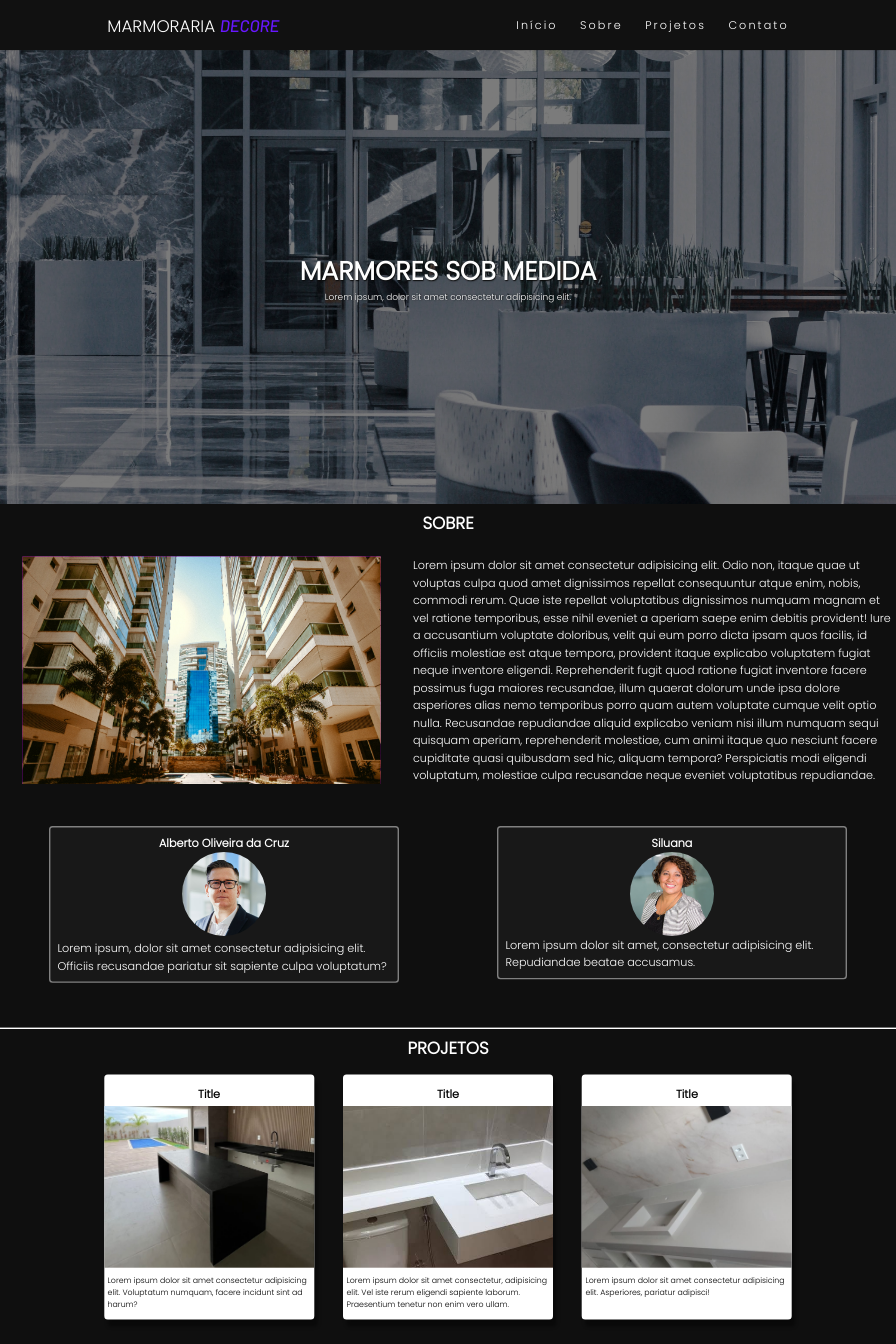
Repository: XFERRER7/projeto-xt7
Page: projetoMarmoraria/index.html
The author's editor kept a copy of each file at every save. The page is drawn from the files as they stood at one save, then again after the next save.
The browser window is 1280 px wide. The pictures show the part of the page from y = 0 to 1920 px (the page is 3024 px tall), at 70% of full size.
Some web libraries are served in a nearby version.

Above is the page before, as saved 2022-05-10 15:58:00.

### projetoMarmoraria/index.html
<!DOCTYPE html>
<html lang="pt-br">

<head>
  <meta charset="UTF-8">
  <meta http-equiv="X-UA-Compatible" content="IE=edge">
  <meta name="viewport" content="width=device-width, initial-scale=1.0">
  <title>Marmoraria Decore</title>
  <link rel="stylesheet" href="css/style.css">
  <link rel="stylesheet" href="https://cdnjs.cloudflare.com/ajax/libs/font-awesome/6.1.1/css/all.min.css"
    integrity="sha512-KfkfwYDsLkIlwQp6LFnl8zNdLGxu9YAA1QvwINks4PhcElQSvqcyVLLD9aMhXd13uQjoXtEKNosOWaZqXgel0g=="
    crossorigin="anonymous" referrerpolicy="no-referrer" />
  <link rel="stylesheet" href="https://cdnjs.cloudflare.com/ajax/libs/font-awesome/6.1.1/css/solid.min.css"
    integrity="sha512-qzgHTQ60z8RJitD5a28/c47in6WlHGuyRvMusdnuWWBB6fZ0DWG/KyfchGSBlLVeqAz+1LzNq+gGZkCSHnSd3g=="
    crossorigin="anonymous" referrerpolicy="no-referrer" />
  <link rel="stylesheet" href="https://cdnjs.cloudflare.com/ajax/libs/font-awesome/4.7.0/css/font-awesome.min.css" />

</head>

<body>

  <!-- ----------------------------------------------------------------------------------------------------------------- -->


  <!-- HEADER -->
  <header>
    <nav>
      <a class="logo" href="#">MARMORARIA <span id="decore">DECORE</span></a>
      <div class="mobile-menu">
        <div class="line1"></div>
        <div class="line2"></div>
        <div class="line3"></div>
      </div>
      <ul class="nav-list">
        <li><a href="#">Início</a></li>
        <li><a href="#">Sobre</a></li>
        <li><a href="#section-a">Projetos</a></li>
        <li><a href="#">Contato</a></li>
      </ul>
    </nav>
    <div class="hero-section">
      <div class="hero-section-text">
        <h1 id="titulo-header">MARMORES SOB MEDIDA</h1>
        <p id="paragrafo-header">Lorem ipsum, dolor sit amet consectetur adipisicing elit.</p>
      </div>
    </div>
  </header>
  <!-- FIM DO HEADER -->


  <!-- ----------------------------------------------------------------------------------------------------------------- -->


  <!-- MAIN -->
  <main>

    <!-- SECTION B -->
    <section class="section-b">
      <h1 id="section-b-h1">SOBRE</h1>


      <!-- SOBRE PARA CELULAR -->
      <div class="cel">
        <div class="card" id="card-1"></div>
        <p class="text-sobre">Lorem ipsum dolor sit amet consectetur adipisicing elit. Aspernatur maxime illo architecto
          repellendus. Voluptatum ab magnam nihil suscipit, error quod iste dicta, quisquam fugiat, veritatis veniam
          aspernatur modi! Commodi aut officia optio reprehenderit hic sunt aspernatur ipsam minus, dicta qui omnis,
          ratione voluptatem quas sint labore. Temporibus id distinctio asperiores natus omnis earum amet. Obcaecati
          atque, a placeat necessitatibus dolorum labore rerum veritatis adipisci unde itaque iusto, voluptate quis
          tenetur voluptatibus doloremque at voluptates commodi! Ex recusandae repellat iste modi sapiente? Minus, ullam
          ad quia pariatur delectus quaerat velit sit labore aspernatur consequuntur possimus ipsum ipsam, vero ea
          expedita in sequi? Consequuntur iusto repellendus minus hic velit eum, veritatis molestias, sequi, laborum
          nisi consequatur. Dolore, amet placeat. Molestias molestiae aperiam soluta voluptatum odit voluptatem atque,
          repellendus asperiores maiores libero. Nulla odio alias reiciendis dolore cum deleniti beatae autem molestias
          earum minima accusamus nesciunt nostrum quos fugiat cupiditate molestiae, veniam doloremque.</p>
      </div>


      <!-- SOBRE PARA TELAS MAIORES -->
      <div class="imgtext">
        <div id="imgtext-img">
          <div id="content-imgtext-img"></div>
        </div>
        <div id="imgtext-text">
          <div id="content-imgtext-text">
            <p id="content-imgtext-text-p">Lorem ipsum dolor sit amet consectetur adipisicing elit. Odio non, itaque
              quae ut voluptas culpa quod amet dignissimos repellat consequuntur atque enim, nobis, commodi rerum. Quae
              iste repellat voluptatibus dignissimos numquam magnam et vel ratione temporibus, esse nihil eveniet a
              aperiam saepe enim debitis provident! Iure a accusantium voluptate doloribus, velit qui eum porro dicta
              ipsam quos facilis, id officiis molestiae est atque tempora, provident itaque explicabo voluptatem fugiat
              neque inventore eligendi. Reprehenderit fugit quod ratione fugiat inventore facere possimus fuga maiores
              recusandae, illum quaerat dolorum unde ipsa dolore asperiores alias nemo temporibus porro quam autem
              voluptate cumque velit optio nulla. Recusandae repudiandae aliquid explicabo veniam nisi illum numquam
              sequi quisquam aperiam, reprehenderit molestiae, cum animi itaque quo nesciunt facere cupiditate quasi
              quibusdam sed hic, aliquam tempora? Perspiciatis modi eligendi voluptatum, molestiae culpa recusandae
              neque eveniet voluptatibus repudiandae.</p>
          </div>
        </div>

      </div>

      <div class="container-about-person">

        <div class="about-person">
          <h4>Alberto Oliveira da Cruz</h4>
          <div class="img-person" id="person-1"></div>
          <p class="p-about-person">Lorem ipsum, dolor sit amet consectetur adipisicing elit. Officiis recusandae
            pariatur sit sapiente culpa voluptatum?</p>
        </div>

        <div class="about-person">
          <h4>Siluana</h4>
          <div class="img-person" id="person-2"></div>
          <p>Lorem ipsum dolor sit amet, consectetur adipisicing elit. Repudiandae beatae accusamus.</p>
        </div>

      </div>
    </section>


    <div class="divisa"></div>


    <!-- SECTION A -->
    <section id="section-a" class="section-a">
      <h1 id="section-a-h1">PROJETOS</h1>

      <!-- Container dos cards -->
      <div class="container-cards-main">

        <!-- Card 1 -->
        <div class="card-main">
          <h4 class="title-card">Title</h4>
          <div id="card-img-1"></div>
          <p class="descricao-card">Lorem ipsum dolor sit amet consectetur adipisicing elit. Voluptatum numquam, facere
            incidunt sint ad harum?</p>
        </div>

        <!-- Card 2 -->
        <div class="card-main">
          <h4 class="title-card">Title</h4>
          <div id="card-img-2"></div>
          <p class="descricao-card">Lorem ipsum dolor sit amet consectetur, adipisicing elit. Vel iste rerum eligendi
            sapiente laborum. Praesentium tenetur non enim vero ullam.</p>
        </div>

        <!-- Card 3 -->
        <div class="card-main">
          <h4 class="title-card">Title</h4>
          <div id="card-img-3"></div>
          <p class="descricao-card">Lorem ipsum dolor sit amet consectetur adipisicing elit. Asperiores, pariatur
            adipisci!</p>
        </div>

        <!-- Card 4 -->
        <div class="card-main">
          <h4 class="title-card">Title</h4>
          <div id="card-img-4"></div>
          <p class="descricao-card">Lorem ipsum, dolor sit amet consectetur adipisicing elit. Iste, voluptas.</p>
        </div>

        <!-- Card 5 -->
        <div class="card-main">
          <h4 class="title-card">Title</h4>
          <div id="card-img-5"></div>
          <p class="descricao-card">Lorem ipsum dolor sit amet consectetur adipisicing elit. Assumenda labore illo
            inventore tenetur quo dolores nostrum rem veritatis voluptatibus impedit!</p>
        </div>

        <!-- Card 6 -->
        <div class="card-main">
          <h4 class="title-card">Title</h4>
          <div id="card-img-6"></div>
          <p class="descricao-card">Lorem ipsum dolor sit amet consectetur adipisicing elit. Vitae facere culpa illum
            eaque nulla. Odio?</p>
        </div>
      </div>
    </section>



    <div class="divisa"></div>


    <!-- SECTION C -->
    <section class="section-c">
      <h1 id="section-c-h1">CONTATO</h1>
      <div id="main-div-img">
        <a href="#"><i class="fa-brands fa-whatsapp"></i></a>
        <a href="#"><i class="fa-brands fa-facebook"></i></a>
        <a href="#"><i class="fa-brands fa-instagram"></i></a>
      </div>
    </section>

  </main>
  <!-- FIM DO MAIN -->

  <!-- ----------------------------------------------------------------------------------------------------------------- -->

  <footer>
    <div class="container-footer">

      <div class="footer-up">
        <div class="footer-a block-footer-up">
          <div id="img-footer"></div>
        </div>
        <div class="footer-b block-footer-up">
          <h4>Localização:</h4>
          <p class="footer-b-p">Luis Eduardo Magalhães</p>
          <p class="footer-b-p">Cidade universitária</p>
          <p class="footer-b-p">Avenida salvador</p>
          <p class="footer-b-p">Quadra 14</p>
          <p class="footer-b-p">Número 2458</p>
          <p class="footer-b-p">Lote 1</p>
        </div>
        <div class="footer-c block-footer-up">
          <ul class="footer-c-list">
            <li><a href="#" class="medias"><i class="fa fa-facebook"></i></a></li>
            <li><a href="#" class="medias"><i class="fa fa-linkedin-square"></i></a></li>
            <li><a href="#" class="medias"><i class="fa fa-google-plus"></i></a></li>
            <li><a href="#" class="medias"><i class="fa fa-instagram"></i></a></li>
          </ul>
        </div>
      </div>

      <div id="footer-sub">
        <p>Copyright &copy; Desenvolvido por <span>Alexandre Talles</span></p>
      </div>






    </div>
  </footer>
  <script src="js/menu-bar.js"></script>
  <script src="js/changeText.js"></script>

</body>

</html>

### projetoMarmoraria/css/style.css
@import url('https://fonts.googleapis.com/css2?family=Poppins:ital,wght@0,300;1,100&display=swap');
@import url('https://fonts.googleapis.com/css2?family=Barlow:ital,wght@1,500&display=swap');

* {
  margin: 0;
  padding: 0;
  box-sizing: border-box;
  font-family: 'Poppins', sans-serif;
}

body {
  background-color: #0f0f0f;
  color: #ffffff;
}

::-webkit-scrollbar {
  width: 15px;
}

::-webkit-scrollbar-track {
  background: #000000;

}

::-webkit-scrollbar-thumb {
  background: rgb(154, 2, 255);
  border-radius: 3px;
}

/*----------------------------------MENU-BAR----------------------------------*/
nav a {
  color: #ffffff;
  text-decoration: none;
  transition: 0.8s;
}

nav a:hover {
  color: blue;
  opacity: 0.7;
}

.logo {
  font-size: 1.5em;
  text-transform: uppercase;
  color: #ffffff;
}

#decore {
  font-family: 'Barlow', sans-serif;
  color: #6817ff;
}

nav {
  display: flex;
  justify-content: space-around;
  align-items: center;
  font-family: 'Poppins', sans-serif;
  background: #111111;
  color: #ededed;
  height: 10vh;
  position: sticky;
  top: 0;
}


.nav-list {
  list-style: none;
  display: flex;
}

.nav-list li {
  letter-spacing: 3px;
  margin-left: 32px;
}

.mobile-menu {
  display: none;
  cursor: pointer;
}

.mobile-menu div {
  width: 32px;
  height: 2px;
  background: rgb(20, 24, 255);
  margin: 8px;
  transition: 0.3s;
}

@media (max-width: 999px) {
  body {
    overflow-x: hidden;
  }

  .nav-list {
    overflow-x: hidden;
    position: fixed;
    top: 10vh;
    right: 0;
    width: 50vw;
    height: 40vh;
    background: #161616;
    flex-direction: column;
    align-items: center;
    justify-content: space-around;
    transform: translateX(100%);
    transition: transform 0.3s ease-in;
  }

  .nav-list li {
    margin-left: 0;
    opacity: 0;
  }

  .mobile-menu {
    display: block;
  }
}

@media (max-width: 300px) {
  .logo {
    font-size: 0.8rem;
  }
}

.nav-list.active {
  transform: translateX(0);
}

@keyframes navLinkFade {
  from {
    opacity: 0;
    transform: translateX(50px);
  }

  to {
    opacity: 1;
    transform: translateX(0);
  }
}

.mobile-menu.active .line1 {
  transform: rotate(-45deg) translate(-8px, 8px);
}

.mobile-menu.active .line2 {
  opacity: 0;
}

.mobile-menu.active .line3 {
  transform: rotate(45deg) translate(-5px, -7px);
}

/*------------------------------IMAGEM DO HEADER------------------------------*/
.hero-section {
  background-image: linear-gradient(to bottom, rgba(0, 0, 0, 0.516), rgba(0, 0, 0, 0.516)), url(../img/img-header.jpg);
  background-position: 50%;
  background-repeat: no-repeat;
  background-size: cover;
  height: 90vh;
  text-align: center;
  display: -webkit-flex;
  display: -ms-flexbox;
  display: flex;
  -webkit-align-items: center;
  -ms-flex-align: center;
  align-items: center;
  -webkit-justify-content: center;
  -ms-flex-pack: center;
  justify-content: center;
}

#titulo-header {
  font-size: 2.3rem;
}

#paragrafo-header {
  font-size: 0.8rem;
}

.hero-section .hero-section-text {
  color: #fefefe;
  text-shadow: 1px 1px 2px #0a0a0a;
}


main {
  margin: 0;
  padding: 0;
  width: 100%;
}

/*------------------------------------Sobre------------------------------------*/

.section-b {
  background-color: #0f0f0f;
  color: #ffffff;
  margin-bottom: 5%;
}

#section-b-h1 {
  text-align: center;
  padding-top: 10px;
}

.imgtext {
  display: flex;
  margin-top: 10px;
  margin-bottom: 10px;
  height: 55%;
  margin-top: 30px;
}

#imgtext-img {
  width: 50%;
}

#imgtext-text {
  height: 100%;
  width: 50%;

}

#content-imgtext-img {
  background-color: #cd06ff;
  background-image: url(../img/img-sobre.jpg);
  background-position: center;
  background-repeat: no-repeat;
  background-size: cover;
  height: 100%;
  width: 80%;
  margin-left: 5%;
}

#content-imgtext-text {
  margin-left: -50px;
}



@media (max-width: 999px) {

  .imgtext {
    display: none;
  }

  div.card {
    width: 90%;
    height: 250px;
    background-color: #000000;
    margin: 10px 20px 0px 0px;
    background-size: cover;
    background-position: center center;
    border-radius: 5px;
  }

  div.card:hover {
    transform: scale(1.05);
    transition: all 0.5s ease-in-out;
  }

  #card-1 {
    background-image: url(../img/img-sobre.jpg);
    margin-left: 20px;
  }

  .text-sobre {
    padding: 1.2rem;
    margin: auto;
  }


}

@media (min-width: 999px) {
  .card {
    display: none;
  }

  .cel {
    display: none;
  }

}

.divisa {
  height: 2px;
  background-color: #ffffff;
}

.container-about-person {
  display: flex;
  flex-wrap: wrap;
  margin-top: 45px;
}

.about-person {
  background-color: #181818;
  border: 2px solid gray;
  color: #ffffff;
  border-radius: 5px;
  min-height: 200px;
  width: 500px;
  margin: auto;
  display: flex;
  align-items: center;
  justify-content: center;
  flex-direction: column;
  padding: 10px;
  margin-top: 15px;
}

.img-person {
  background-position: center top;
  background-repeat: no-repeat;
  background-size: cover;
  border-radius: 50%;
  width: 120px;
  height: 120px;
}

.p-about-person {
  margin-top: 5px;
}

/*Arrumar img-person*/

#person-1 {
  background-image: url(../img/ceo-1.jpg);
}

#person-2 {
  background-image: url(../img/ceo-2.jpg);
  background-position: center;
}

/*------------------------------Projetos------------------------------*/

.section-a {
  background-color: #0f0f0f;
}

#section-a-h1 {
  text-align: center;
  padding-top: 10px;
}

.container-cards-main {
  width: 80%;
  margin: auto;
  display: flex;
  flex-wrap: wrap;
}

.card-main {
  height: 350px;
  background-color: rgb(255, 255, 255);
  color: #000000;
  width: 300px;
  margin: 20px auto;
  margin-bottom: 50px;
  border-radius: 5px;
  padding: 10px 0px 10px 0px;
  box-shadow: 5px 10px 5px rgba(0, 0, 0, 0.404);
  transition: all 0.8s ease;

}

.card-main:hover {
  transform: scale(1.03);
}


.title-card {
  padding: 5px;
  text-align: center;
}

.descricao-card {
  padding: 10px 5px 10px 5px;
  font-size: 0.7rem;

}

#card-img-1 {
  height: 70%;
  background-image: url(../img/1.jpeg);
  background-position: center center;
  background-repeat: no-repeat;
  background-size: cover;
}

#card-img-2 {
  height: 70%;
  background-image: url(../img/2.jpeg);
  background-position: center center;
  background-repeat: no-repeat;
  background-size: cover;
}

#card-img-3 {
  height: 70%;
  background-image: url(../img/3.jpeg);
  background-position: center center;
  background-repeat: no-repeat;
  background-size: cover;
}

#card-img-4 {
  height: 70%;
  background-image: url(../img/4.jpeg);
  background-position: bottom center;
  background-repeat: no-repeat;
  background-size: cover;
}

#card-img-5 {
  height: 70%;
  background-image: url(../img/5.jpeg);
  background-position: center center;
  background-repeat: no-repeat;
  background-size: cover;
}

#card-img-6 {
  height: 70%;
  background-image: url(../img/6.jpeg);
  background-position: center center;
  background-repeat: no-repeat;
  background-size: cover;
}

@media (max-width: 999px) {
  .card-main {
    height: 450px;
    width: 400px;


  }

}

/*-----------------------------------Contato-----------------------------------*/

.section-c {
  background-color: #0f0f0f;

}

#section-c-h1 {
  text-align: center;
  padding-top: 10px;
  margin-bottom: 50px;
}

#main-div-img {
  display: grid;
  grid-template-columns: repeat(3, 1fr);
  font-size: 3rem;
  justify-items: center;
  padding: 15px;
  margin-bottom: 50px;
}

#main-div-img a {
  color: #ffffff;
}

.div-img {
  display: inline-block;
  width: 25%;
  text-align: center;
}

.div-linha {
  height: 2px;
  width: 100%;
}

.media {
  text-align: center;
}

/*-----------------------------------Footer-----------------------------------*/

footer {
  background-color: #ffffff;
  color: #000000;
}

.container-footer {
  background-color: #ffffff;
  color: #000000;
  font-size: 0.8rem;
  display: flex;
  align-items: center;
  justify-content: center;
  flex-direction: column;
}

.footer-up {
  background-color: #ffffff;
  color: #000000;
  height: 98%;
  width: 100%;
  display: flex;
  align-items: center;
  flex-direction: row;
}

.block-footer-up {
  padding: 10px;
  margin: 100px auto;
  font-size: 1.1rem;
}

#footer-sub {
  background-color: #000000;
  color: #ffffff;
  width: 100%;
  text-align: center;
}

#img-footer {
  background-image: url(../img/img-footer.jpeg);
  background-repeat: no-repeat;
  background-position: center;
  background-size: cover;
  height: 150px;
  width: 200px;
}

.footer-c-list {
  list-style: none;
  display: flex;
  align-items: center;
  justify-content: center;
  margin: 1rem 0 3rem 0;
}

.footer-c-list li {
  margin: 0 10px;
}

.footer-c-list a {
  background-color: #ffffff;
  color: #000000;
  text-decoration: none;
}

.footer-c-list a:hover i {
  color: #f01872;
  transition: 0.5s ease;
}

.medias {
  font-size: 38px;
}

@media (max-width: 999px) {
  .footer-up {
    flex-direction: column;
  }

  .block-footer-up {
    padding: 10px;
    margin: 10px auto;
  }

}

### projetoMarmoraria/js/menu-bar.js
class MobileNavbar {
  constructor(mobileMenu, navList, navLinks) {
    this.mobileMenu = document.querySelector(mobileMenu);
    this.navList = document.querySelector(navList);
    this.navLinks = document.querySelectorAll(navLinks);
    this.activeClass = "active";

    this.handleClick = this.handleClick.bind(this);
  }

  animateLinks() {
    this.navLinks.forEach((link, index) => {
      link.style.animation
        ? (link.style.animation = "")
        : (link.style.animation = `navLinkFade 0.5s ease forwards ${
            index / 7 + 0.3
          }s`);
    });
  }

  handleClick() {
    this.navList.classList.toggle(this.activeClass);
    this.mobileMenu.classList.toggle(this.activeClass);
    this.animateLinks();
  }

  addClickEvent() {
    this.mobileMenu.addEventListener("click", this.handleClick);
  }

  init() {
    if (this.mobileMenu) {
      this.addClickEvent();
    }
    return this;
  }
}

const mobileNavbar = new MobileNavbar(
  ".mobile-menu",
  ".nav-list",
  ".nav-list li",
);
mobileNavbar.init();

### projetoMarmoraria/js/changeText.js
function mudarTextoLbl1() {
  document.getElementById('descricao').textContent = "Lorem ipsum dolor sit amet consectetur adipisicing elit. Hic, nisi exercitationem harum officia facilis nihil vitae eligendi provident architecto quis quod unde quas incidunt assumenda corporis iste repudiandae esse voluptatibus?";
}
function mudarTextoLbl2() {
  document.getElementById('descricao').textContent = "Lorem ipsum dolor sit, amet consectetur adipisicing elit. Sapiente distinctio ipsa incidunt non exercitationem laboriosam animi id accusamus placeat, commodi, veniam rerum ut! Fugiat tenetur unde nihil minima fuga veniam odio nulla pariatur eum reiciendis.";
}
function mudarTextoLbl3() {
  document.getElementById('descricao').textContent = "Lorem ipsum dolor sit amet consectetur adipisicing elit. Quas nisi saepe nobis? Maxime blanditiis illo animi tempora maiores expedita qui eum, iusto, ratione odit quia repellendus delectus voluptate nobis nam tenetur, officiis magnam quisquam fugiat dicta nisi id natus. Magnam.";
}
function mudarTextoLbl4() {
  document.getElementById('descricao').textContent = "Lorem ipsum dolor sit amet, consectetur adipisicing elit. Quos eius dolor libero iste impedit nesciunt animi totam corporis id quod.";
}
function mudarTextoLbl5() {
  document.getElementById('descricao').textContent = "Lorem ipsum dolor sit amet, consectetur adipisicing elit. Obcaecati nulla quos quia? Consectetur laudantium illum asperiores excepturi. Itaque ab, rem tempore ullam, fugit aspernatur est alias quaerat expedita nulla, unde recusandae dolore quidem reiciendis atque?";
}

After the next save:
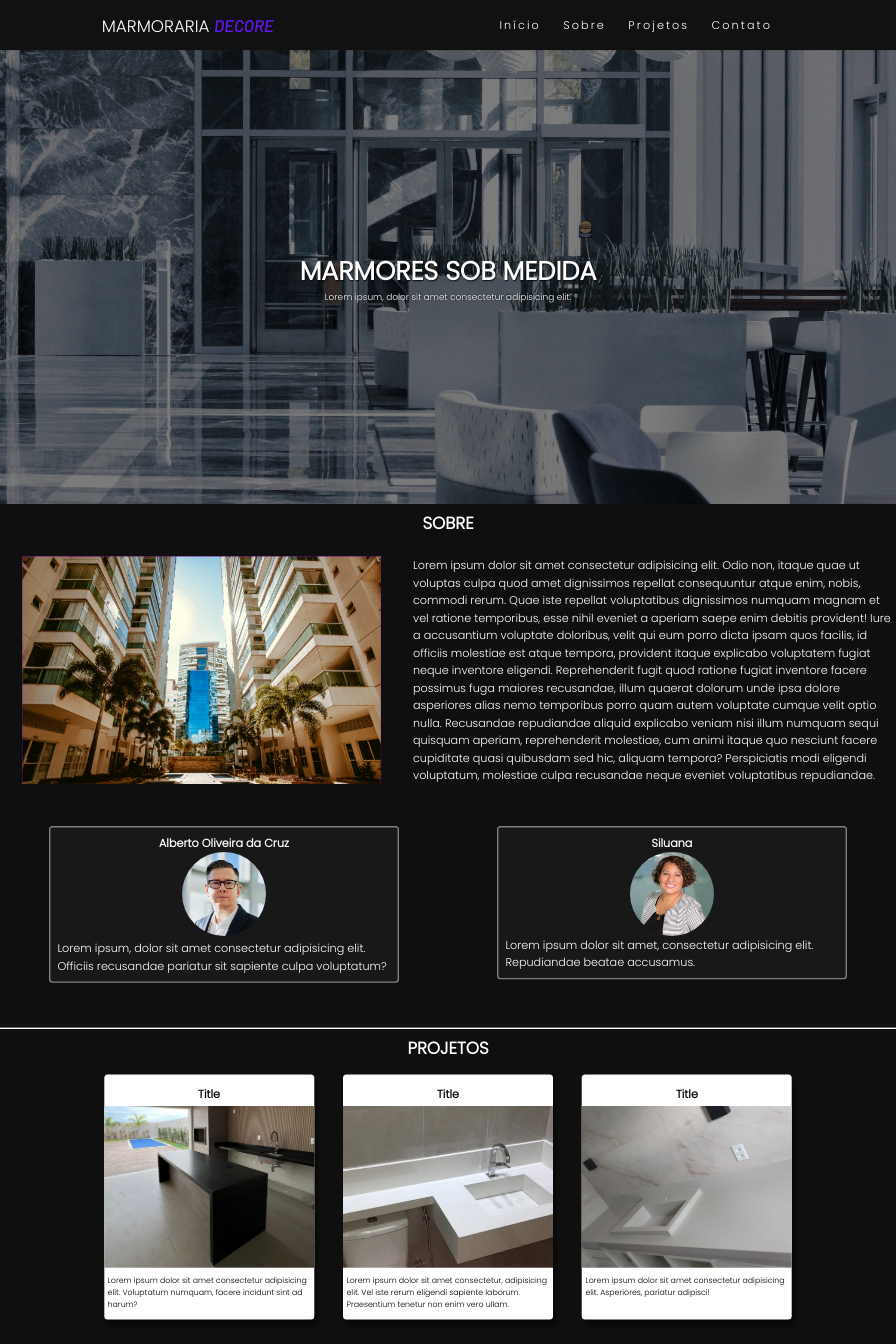
Saved 38 s later.
--- a/projetoMarmoraria/index.html
+++ b/projetoMarmoraria/index.html
@@ -36,6 +36,7 @@
         <li><a href="#">Sobre</a></li>
         <li><a href="#section-a">Projetos</a></li>
         <li><a href="#">Contato</a></li>
+        <li><a href=""></a></li>
       </ul>
     </nav>
     <div class="hero-section">
